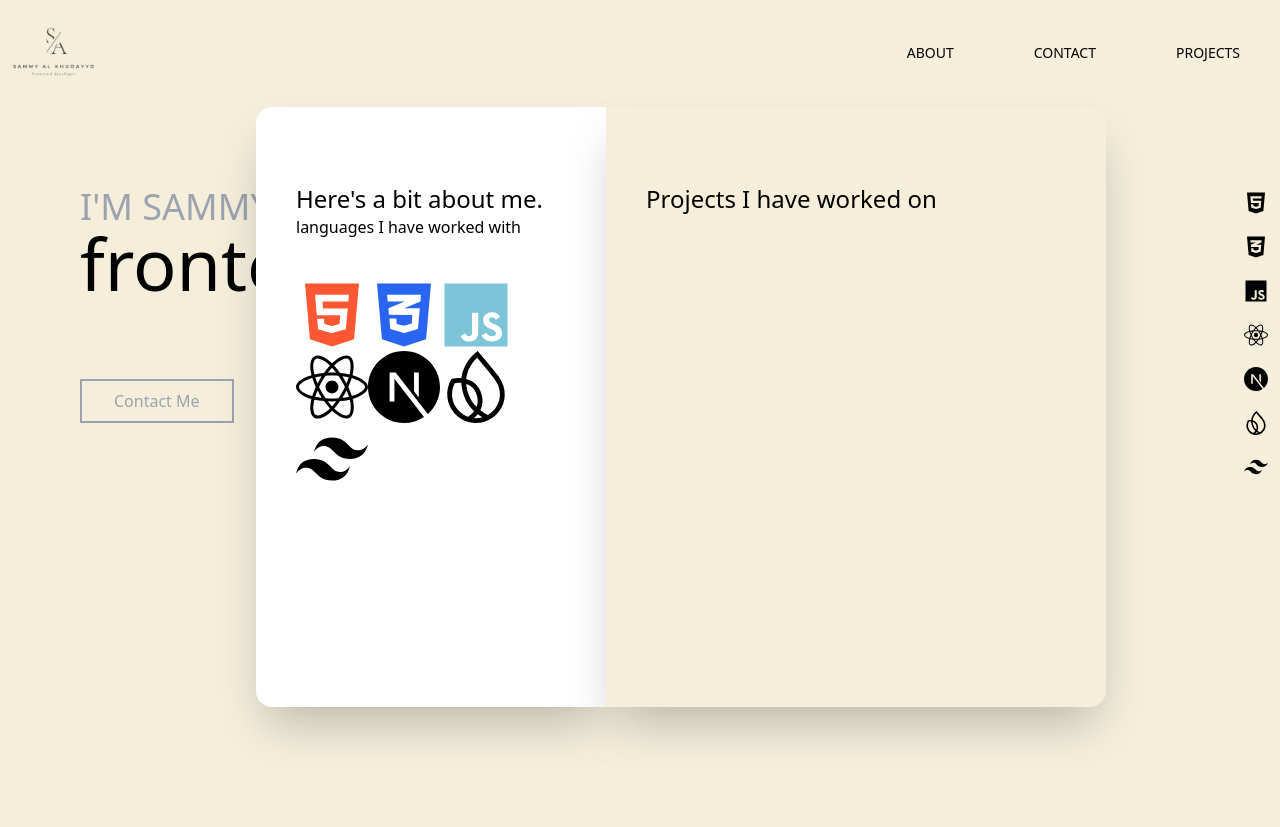
Repository: Al123Kudayyd/myportfolio
Page: /
These files come from the project's save history. The page is drawn as it stood at one moment and after a run of saves; the edit follows.
The browser window is 1280 px wide. The pictures show the whole page.
The project was rebuilt for these pictures with package versions that can differ from the ones it lists, and the page was loaded fresh each time. Also part of the build but not shown: src/components/model.js.

Above is the page before, as saved 2024-02-21 14:06:33.

### src/App.js
import Main from './components/Main';
import Nav from './components/Nav';
import Model from './components/Model'


function App() {
  return (
    <div className=" ">
      <Nav />
      <Main />

    </div>
  );
}

export default App;

### src/components/Main.jsx
import React, { useState } from 'react'
import Model from './Model'
import { LiaTimesSolid } from "react-icons/lia";
import { FaHtml5, FaReact } from "react-icons/fa";
import { FaCss3Alt } from "react-icons/fa6";
import { IoLogoJavascript } from "react-icons/io5";
import { SiNextdotjs } from "react-icons/si";
import { SiFirebase } from "react-icons/si";
import { SiTailwindcss } from "react-icons/si";
import Projects from './Projects';


function Main() {
    const [openModal, setOpenModal] = useState(false)
  return (
    <div className='relative'>
    <div className='bg-[#f4eedb] relative h-screen'>
        <div className='-z-10 pl-20 pt-20 '>
            <h1 className=''><span className='text-gray-400 font-extralight text-4xl'>I'M SAMMY AND I'M A</span>
            <br /><span className='text-7xl'>frontend developer.</span></h1>
            <button className='mt-20 border-gray-400 border-2 text-gray-400 py-2 px-8 hover:bg-gray-400 hover:text-[#f4eedb]
            transition-all duration-300'
            onClick={() => setOpenModal(true)}>
                Contact Me</button>
        </div>

    </div>
    {
        openModal && <Model btn={<LiaTimesSolid onClick={() => setOpenModal(false)} />} />
    }
    <div className='absolute top-[10%] right-0 text-2xl space-y-5 m-3'>
            <FaHtml5 />
            <FaCss3Alt />
            <IoLogoJavascript />
            <FaReact />
            <SiNextdotjs />
            <SiFirebase />
            <SiTailwindcss />
        </div>
        <Projects className='' />
    </div>
  )
}

export default Main

### src/components/Nav.jsx
import React from 'react'
import logo from '../assets/logo.png'
import { LiaBarsSolid } from "react-icons/lia";

function Nav({ }) {
  return (
    <div className='bg-[#f4eedb] relative'>
        <div className='flex justify-between items-center'>
            <img src={logo} className="w-[20%] md:w-1/12 " />
            <LiaBarsSolid className='sm:hidden text-3xl mr-5 hover:text-gray-400 cursor-pointer active:scale-[.85] transition-all duration-300' />
            <ul className='hidden sm:flex font-extralight text-sm '>
                <li className='px-10 cursor-pointer hover:text-gray-400 transition-all duration-300'>ABOUT</li>
                <li className='px-10 cursor-pointer hover:text-gray-400 transition-all duration-300'>CONTACT</li>
                <li className='px-10 cursor-pointer hover:text-gray-400 transition-all duration-300'>PROJECTS</li>
            </ul>
        </div>



    </div>
  )
}

export default Nav

### src/components/Projects.jsx
import React from 'react'
import { FaHtml5, FaReact } from "react-icons/fa";
import { FaCss3Alt } from "react-icons/fa6";
import { IoLogoJavascript } from "react-icons/io5";
import { SiNextdotjs } from "react-icons/si";
import { SiFirebase } from "react-icons/si";
import { SiTailwindcss } from "react-icons/si";

function Projects() {
  return (
    <div className='absolute top-0 left-[20%]'>
        <div className='flex justify-center items-center'>
            <div className='shadow-2xl bg-white w-[350px] h-[600px] rounded-l-2xl'>
                <div className='px-[40px] py-[76px]'>
                    <h1 className='text-2xl'>Here's a bit about me.</h1>
                    <h3 className='text-md '>languages I have worked with</h3>
                    <div className='flex flex-wrap my-10 text-7xl '>
                        <FaHtml5 className='text-[#FF5733]' />
                        <FaCss3Alt className='text-[#2965F1]' />
                        <IoLogoJavascript className='text-[#7CC5D9]' />
                        <FaReact className='' />
                        <SiNextdotjs />
                        <SiFirebase />
                        <SiTailwindcss />
                    </div>
                </div>

            </div>
            <div className='shadow-2xl bg-[#f4eedb] w-[500px] h-[600px] rounded-r-2xl '>
                <div className='px-[40px] py-[76px]'>
                    <h1 className='text-2xl'>Projects I have worked on</h1>
                </div>

            </div>
        </div>
    </div>
  )
}

export default Projects

### tailwind.config.js
/** @type {import('tailwindcss').Config} */
module.exports = {
  content: [
    "./src/components/Nav.{js,jsx,ts,tsx}",
    "./src/components/Main.{js,jsx,ts,tsx}",
    "./src/components/App.{js,jsx,ts,tsx}",
    "./src/components/Model.{js,jsx,ts,tsx}",
    "./src/components/Projects.{js,jsx,ts,tsx}"
  ],
  theme: {
    extend: {},
  },
  plugins: [],
}

Loaded but not shown: public/index.html (common file); src/index.js (common file); src/index.css (common file); src/reportWebVitals.js (common file)

After the next 2 saves:
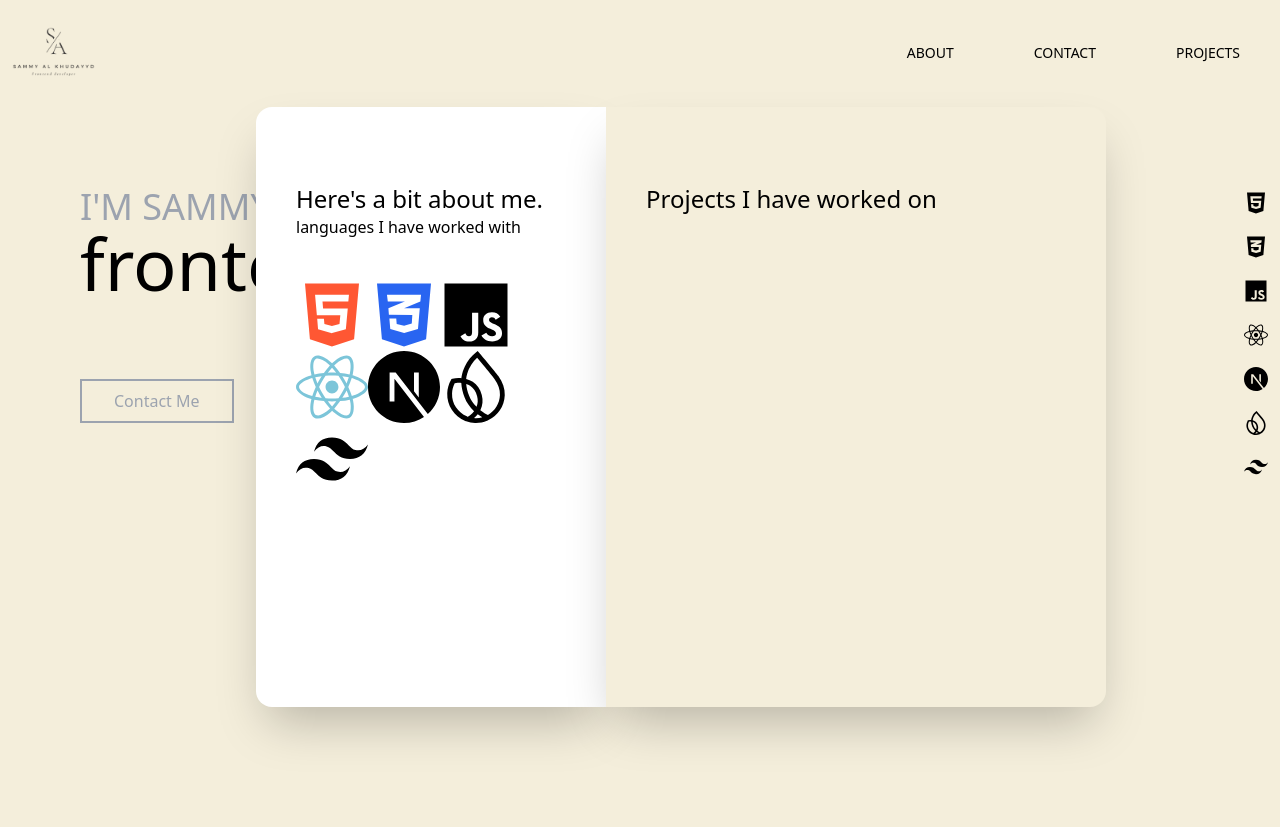
The 2 saves are shown as one change because they came seconds apart.
The last was saved 20 s later.
--- a/src/components/Projects.jsx
+++ b/src/components/Projects.jsx
@@ -17,8 +17,8 @@ function Projects() {
                     <div className='flex flex-wrap my-10 text-7xl '>
                         <FaHtml5 className='text-[#FF5733]' />
                         <FaCss3Alt className='text-[#2965F1]' />
-                        <IoLogoJavascript className='text-[#7CC5D9]' />
-                        <FaReact className='' />
+                        <IoLogoJavascript className='' />
+                        <FaReact className='text-[#7CC5D9]' />
                         <SiNextdotjs />
                         <SiFirebase />
                         <SiTailwindcss />
